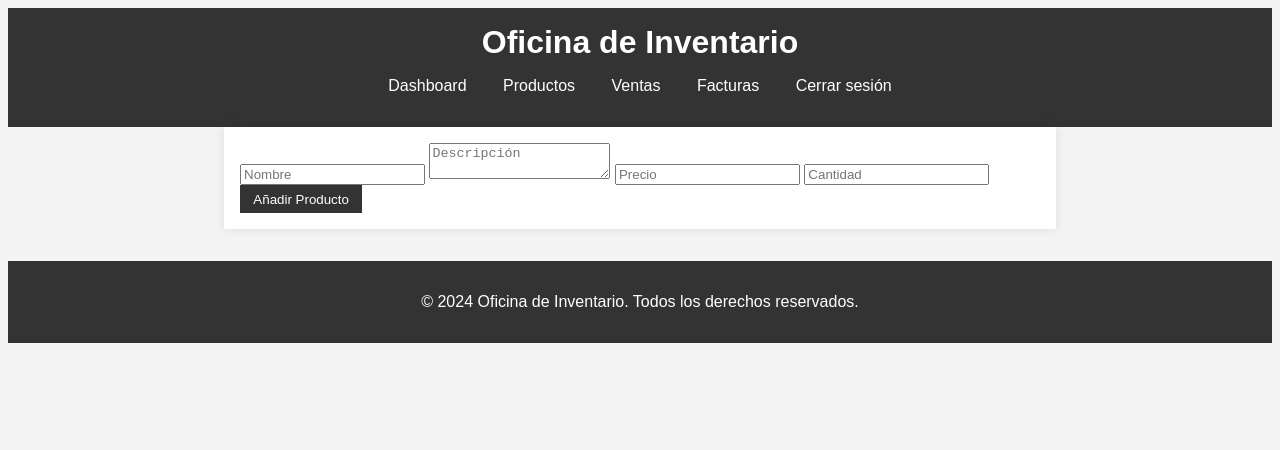
Repository: Connie75/Inventario
Page: http://localhost/views/add_product.php
An editor plug-in stored every save of this project. The page is shown before and after the next save, followed by the edit.
The browser window is 1280 px wide. The pictures show the whole page.
The page is run by PHP 8.4 with error messages shown; the project is at /var/www/html/. The session is filled in as if someone had signed in: {"id": 1, "rol": "admin"}. Other server files are loaded and not shown.

Above is the page before, as saved 2024-07-23 22:25:24.

### views/add_product.php
<!-- views/add_product.php -->
<?php
session_start();
if (!isset($_SESSION['id']) || $_SESSION['rol'] != 'admin') {
    header("Location: login.php");
    exit();
}
include '../includes/header.php';
?>

<form action="../actions/add_product.php" method="post">
    <input type="text" name="nombre" placeholder="Nombre" required>
    <textarea name="descripcion" placeholder="Descripción"></textarea>
    <input type="number" step="0.01" name="precio" placeholder="Precio" required>
    <input type="number" name="cantidad" placeholder="Cantidad" required>
    <button type="submit">Añadir Producto</button>
</form>

<?php include '../includes/footer.php'; ?>

### includes/header.php
<!-- includes/header.php -->
<!DOCTYPE html>
<html lang="es">
<head>
    <meta charset="UTF-8">
    <meta name="viewport" content="width=device-width, initial-scale=1.0">
    <title>Oficina de Inventario</title>
    <link rel="stylesheet" href="../css/styles.css">
    <script src="../js/scripts.js" defer></script>
</head>
<body>
    <header>
        <h1>Oficina de Inventario</h1>
        <nav>
            <ul>
                <li><a href="../views/dashboard.php">Dashboard</a></li>
                <li><a href="../views/products.php">Productos</a></li>
                <li><a href="../views/sales.php">Ventas</a></li>
                <li><a href="../views/invoices.php">Facturas</a></li>
                <li><a href="../actions/logout.php">Cerrar sesión</a></li>
            </ul>
        </nav>
    </header>
    <main>
    <?php if (isset($_SESSION['message'])): ?>
            <div class="message <?php echo $_SESSION['message_type']; ?>">
                <?php
                    echo $_SESSION['message'];
                    unset($_SESSION['message']);
                    unset($_SESSION['message_type']);
                ?>
            </div>
        <?php endif; ?>

### includes/footer.php
<!-- includes/footer.php -->
</main>
    <footer>
        <p>&copy; 2024 Oficina de Inventario. Todos los derechos reservados.</p>
    </footer>
</body>
</html>

### CSS/Styles.css
/* css/styles.css */
body {
    font-family: Arial, sans-serif;
    background-color: #f4f4f4;
    color: #333;
}

header {
    background-color: #333;
    color: #fff;
    padding: 1em 0;
    text-align: center;
}

header h1 {
    margin: 0;
}

nav ul {
    list-style: none;
    padding: 0;
    text-align: center;
}

nav ul li {
    display: inline;
    margin: 0 1em;
}

nav ul li a {
    color: #fff;
    text-decoration: none;
}

main {
    padding: 1em;
    max-width: 800px;
    margin: 0 auto;
    background-color: #fff;
    box-shadow: 0 0 10px rgba(0,0,0,0.1);
}

footer {
    background-color: #333;
    color: #fff;
    text-align: center;
    padding: 1em 0;
    margin-top: 2em;
}

table {
    width: 100%;
    border-collapse: collapse;
    margin-top: 1em;
}

table, th, td {
    border: 1px solid #ccc;
    padding: 0.5em;
    text-align: left;
}

button {
    background-color: #333;
    color: #fff;
    border: none;
    padding: 0.5em 1em;
    cursor: pointer;
}

button:hover {
    background-color: #555;
}

.message {
    padding: 1em;
    margin-bottom: 1em;
    border-radius: 5px;
}

.message.success {
    background-color: #dff0d8;
    color: #3c763d;
}

.message.error {
    background-color: #f2dede;
    color: #a94442;
}

### js/Scripts.js
// js/scripts.js

document.addEventListener('DOMContentLoaded', function () {
    // Validación de formularios
    var forms = document.querySelectorAll('form');

    forms.forEach(function (form) {
        form.addEventListener('submit', function (event) {
            var inputs = form.querySelectorAll('input[required], textarea[required], select[required]');
            var valid = true;

            inputs.forEach(function (input) {
                if (!input.value) {
                    input.style.borderColor = 'red';
                    valid = false;
                } else {
                    input.style.borderColor = 'initial';
                }
            });

            if (!valid) {
                event.preventDefault();
                alert('Por favor, rellena todos los campos obligatorios.');
            }
        });
    });

    // Actualización dinámica de cantidad de productos
    var cantidadInputs = document.querySelectorAll('input[name="cantidad"]');
    var precioInputs = document.querySelectorAll('input[name="precio"]');
    var totalDisplay = document.querySelector('#total');

    cantidadInputs.forEach(function (cantidadInput) {
        cantidadInput.addEventListener('input', actualizarTotal);
    });

    precioInputs.forEach(function (precioInput) {
        precioInput.addEventListener('input', actualizarTotal);
    });

    function actualizarTotal() {
        var cantidad = parseFloat(cantidadInputs[0].value) || 0;
        var precio = parseFloat(precioInputs[0].value) || 0;
        var total = cantidad * precio;

        if (totalDisplay) {
            totalDisplay.textContent = 'Total: $' + total.toFixed(2);
        }
    }

    // Mostrar/ocultar contraseña
    var togglePassword = document.querySelector('#togglePassword');
    var passwordInput = document.querySelector('input[name="password"]');

    if (togglePassword && passwordInput) {
        togglePassword.addEventListener('click', function () {
            var type = passwordInput.getAttribute('type') === 'password' ? 'text' : 'password';
            passwordInput.setAttribute('type', type);
            this.textContent = type === 'password' ? 'Mostrar' : 'Ocultar';
        });
    }
});

After the next save:
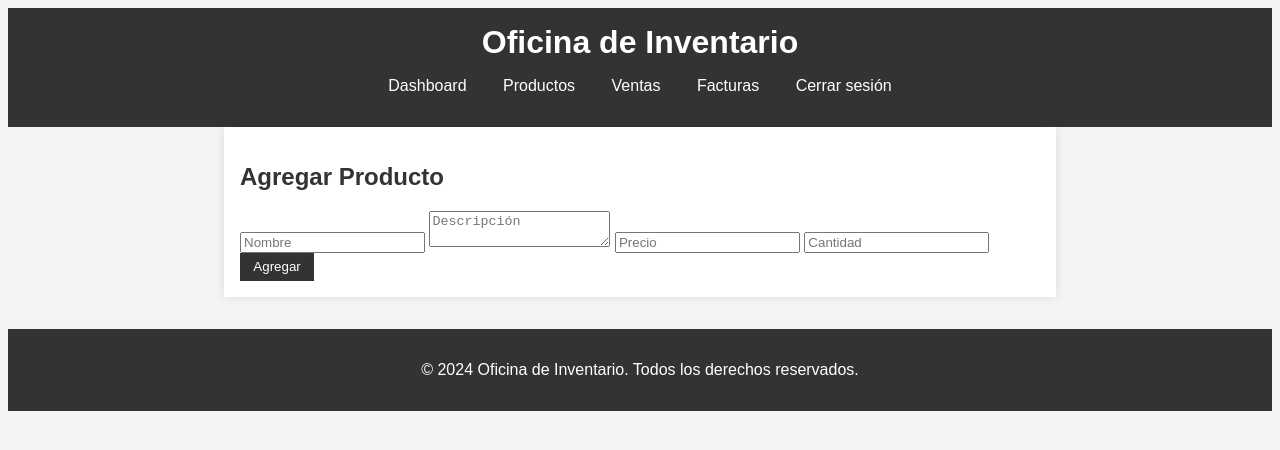
Saved 25 s later.
--- a/views/add_product.php
+++ b/views/add_product.php
@@ -1,19 +1,22 @@
 <!-- views/add_product.php -->
 <?php
 session_start();
-if (!isset($_SESSION['id']) || $_SESSION['rol'] != 'admin') {
+include '../includes/header.php';
+
+// Verificar si el usuario está logueado
+if (!isset($_SESSION['id'])) {
     header("Location: login.php");
     exit();
 }
-include '../includes/header.php';
 ?>
 
+<h2>Agregar Producto</h2>
 <form action="../actions/add_product.php" method="post">
     <input type="text" name="nombre" placeholder="Nombre" required>
     <textarea name="descripcion" placeholder="Descripción"></textarea>
     <input type="number" step="0.01" name="precio" placeholder="Precio" required>
     <input type="number" name="cantidad" placeholder="Cantidad" required>
-    <button type="submit">Añadir Producto</button>
+    <button type="submit">Agregar</button>
 </form>
 
 <?php include '../includes/footer.php'; ?>
